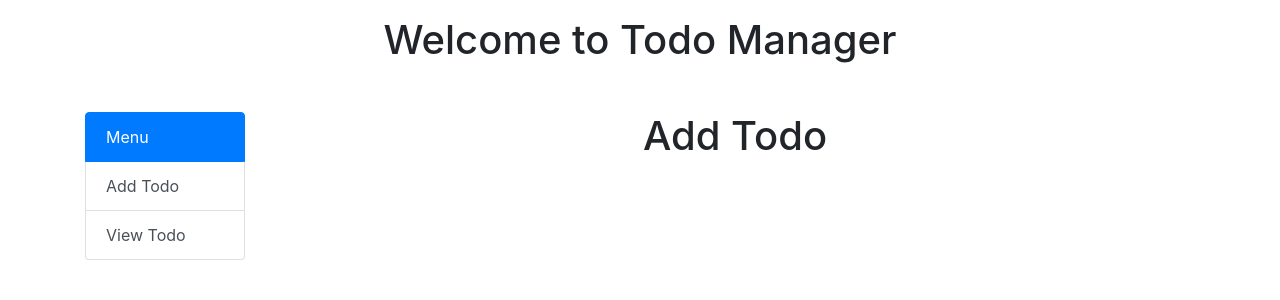
Repository: HarshViijay/spring-boot
Page: http://localhost/ToDoApp/add
The author's editor kept a copy of each file at every save. The page is drawn from the files as they stood at one save, then again after a run of saves.
The browser window is 1280 px wide. The pictures show the whole page.
Some web libraries are served in a nearby version. The page is served by Tomcat 9. Other server files are loaded and not shown.

Above is the page before, as saved 2023-03-12 11:38:34.

### ToDoApp/src/main/webapp/WEB-INF/pages/home.jsp
<%@ page language="java" contentType="text/html; charset=UTF-8"
	pageEncoding="UTF-8"%>

<%@ taglib prefix = "c" uri = "http://java.sun.com/jsp/jstl/core" %>

<%@page isELIgnored="false" %>

<%@ taglib prefix="form" uri="http://www.springframework.org/tags/form"%>

<!doctype html>
<html lang="en">
<head>
<!-- Required meta tags -->
<meta charset="utf-8">
<meta name="viewport"
	content="width=device-width, initial-scale=1, shrink-to-fit=no">

<!-- Bootstrap CSS -->
<link rel="stylesheet"
	href="https://cdn.jsdelivr.net/npm/bootstrap@4.0.0/dist/css/bootstrap.min.css"
	integrity="sha384-Gn5384xqQ1aoWXA+058RXPxPg6fy4IWvTNh0E263XmFcJlSAwiGgFAW/dAiS6JXm"
	crossorigin="anonymous">

<title> <c:out value="${page }"></c:out> </title>
</head>
<body>

	<div class="container mt-3">
		<h1 class="text-center">Welcome to Todo Manager</h1>

		<div class="row mt-5">
			<div class="col-md-2">

				<div class="list-group">
					<button type="button"
						class="list-group-item list-group-item-action active">
						Menu</button>
					<a href="<c:url value='/add'></c:url>"
						class="list-group-item list-group-item-action">Add Todo</a>
					<a href="<c:url value='/home'></c:url>"
						class="list-group-item list-group-item-action">View Todo
						</a>
				</div>

			</div>
			<div class="col-md-10">

				<c:if test="${page=='home' }">
				<h1 class="text-center">All Todos</h1>
				</c:if>

				<c:if test="${page=='add' }">
				<h1 class="text-center">Add Todo</h1>



				</c:if>

			</div>
		</div>
	</div>

	<!-- Optional JavaScript -->
	<!-- jQuery first, then Popper.js, then Bootstrap JS -->
	<script src="https://code.jquery.com/jquery-3.2.1.slim.min.js"
		integrity="sha384-KJ3o2DKtIkvYIK3UENzmM7KCkRr/rE9/Qpg6aAZGJwFDMVNA/GpGFF93hXpG5KkN"
		crossorigin="anonymous"></script>
	<script
		src="https://cdn.jsdelivr.net/npm/popper.js@1.12.9/dist/umd/popper.min.js"
		integrity="sha384-ApNbgh9B+Y1QKtv3Rn7W3mgPxhU9K/ScQsAP7hUibX39j7fakFPskvXusvfa0b4Q"
		crossorigin="anonymous"></script>
	<script
		src="https://cdn.jsdelivr.net/npm/bootstrap@4.0.0/dist/js/bootstrap.min.js"
		integrity="sha384-JZR6Spejh4U02d8jOt6vLEHfe/JQGiRRSQQxSfFWpi1MquVdAyjUar5+76PVCmYl"
		crossorigin="anonymous"></script>
</body>
</html>

### ToDoApp/src/main/java/com/entities/Todo.java
package com.entities;

import java.util.Date;

public class Todo {

	private String todoTitle;
	private String todoContent;
	private Date todoDate;

	public Todo(String todoTitle, String todoContent, Date todoDate) {
		super();
		this.todoTitle = todoTitle;
		this.todoContent = todoContent;
		this.todoDate = todoDate;
	}
	public Todo() {
		super();
		// TODO Auto-generated constructor stub
	}
	public String getTodoTitle() {
		return todoTitle;
	}
	public void setTodoTitle(String todoTitle) {
		this.todoTitle = todoTitle;
	}
	public String getTodoContent() {
		return todoContent;
	}
	public void setTodoContent(String todoContent) {
		this.todoContent = todoContent;
	}
	public Date getTodoDate() {
		return todoDate;
	}
	public void setTodoDate(Date todoDate) {
		this.todoDate = todoDate;
	}
	@Override
	public String toString() {
		// TODO Auto-generated method stub
		return this.getTodoTitle()+" : "+this.getTodoContent();
	}


}

After the next 2 saves:
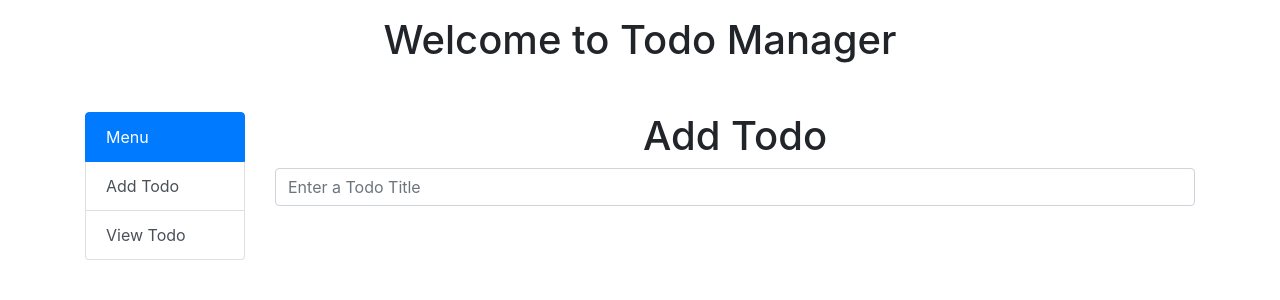
The 2 saves are shown as one change because 1 did not build or start.
The last was saved 3 min 53 s later.
--- a/ToDoApp/src/main/webapp/WEB-INF/pages/home.jsp
+++ b/ToDoApp/src/main/webapp/WEB-INF/pages/home.jsp
@@ -1,9 +1,9 @@
 <%@ page language="java" contentType="text/html; charset=UTF-8"
 	pageEncoding="UTF-8"%>
 
-<%@ taglib prefix = "c" uri = "http://java.sun.com/jsp/jstl/core" %>
+<%@ taglib prefix="c" uri="http://java.sun.com/jsp/jstl/core"%>
 
-<%@page isELIgnored="false" %>
+<%@page isELIgnored="false"%>
 
 <%@ taglib prefix="form" uri="http://www.springframework.org/tags/form"%>
 
@@ -21,7 +21,7 @@
 	integrity="sha384-Gn5384xqQ1aoWXA+058RXPxPg6fy4IWvTNh0E263XmFcJlSAwiGgFAW/dAiS6JXm"
 	crossorigin="anonymous">
 
-<title> <c:out value="${page }"></c:out> </title>
+<title><c:out value="${page }"></c:out></title>
 </head>
 <body>
 
@@ -36,22 +36,30 @@
 						class="list-group-item list-group-item-action active">
 						Menu</button>
 					<a href="<c:url value='/add'></c:url>"
-						class="list-group-item list-group-item-action">Add Todo</a>
-					<a href="<c:url value='/home'></c:url>"
-						class="list-group-item list-group-item-action">View Todo
-						</a>
+						class="list-group-item list-group-item-action">Add Todo</a> <a
+						href="<c:url value='/home'></c:url>"
+						class="list-group-item list-group-item-action">View Todo </a>
 				</div>
 
 			</div>
 			<div class="col-md-10">
 
 				<c:if test="${page=='home' }">
-				<h1 class="text-center">All Todos</h1>
+					<h1 class="text-center">All Todos</h1>
 				</c:if>
 
 				<c:if test="${page=='add' }">
-				<h1 class="text-center">Add Todo</h1>
+					<h1 class="text-center">Add Todo</h1>
 
+					<form:form action="/saveTodo" method="post" modelAttribute="todo">
+
+						<div class="form-group">
+
+							<form:input path="todoTitle" cssClass="form-control" placeholder="Enter a Todo Title"></form:input>
+
+						</div>
+
+					</form:form>
 
 
 				</c:if>
